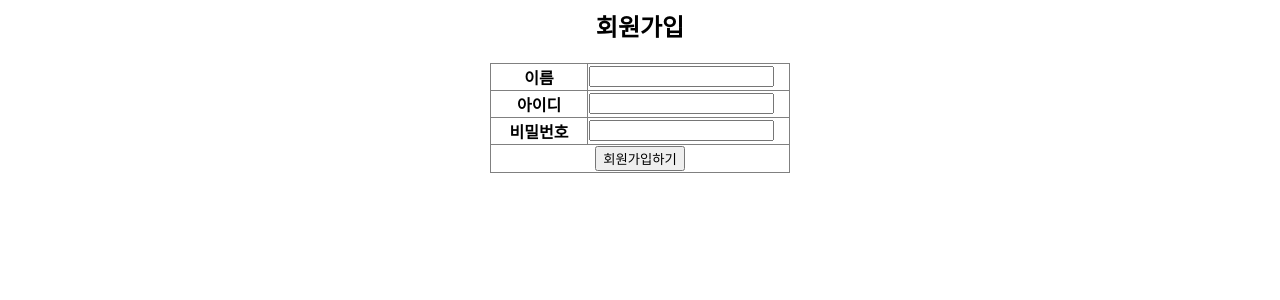
Repository: DynamicRD/jsp_Study
Page: http://localhost/jspStudy/login/new_member.jsp
An editor plug-in stored every save of this project. The page is shown before and after the next save, followed by the edit.
The browser window is 1280 px wide. The pictures show the whole page.
The page is served by Tomcat 9.

Above is the page before, as saved 2024-12-09 02:22:53.

After the next save:
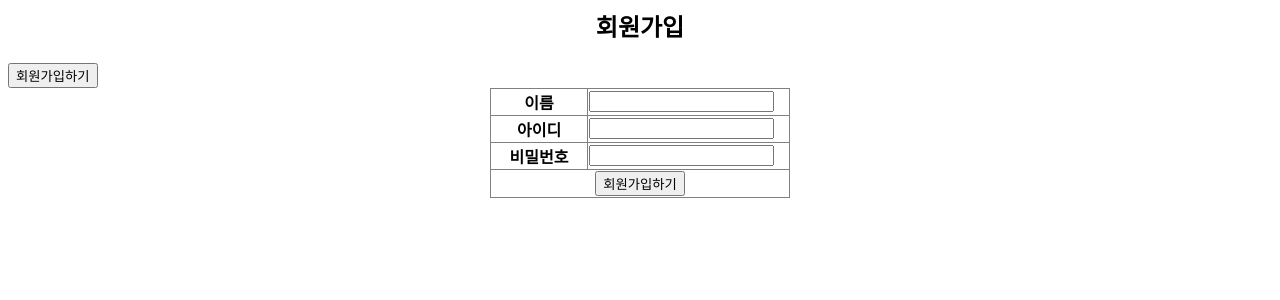
Saved 26 min 55 s later.
--- a/jspStudy/src/main/webapp/login/new_member.jsp
+++ b/jspStudy/src/main/webapp/login/new_member.jsp
@@ -30,8 +30,9 @@
 				<td width="200"><input type="password" name="pass" required></td>
 			</tr>
 			<tr>
-				<td colspan="2" align="center"><input type="submit"
-					value="회원가입하기"></td>
+				<td colspan="2" align="center">
+				<input type="submit"value="회원가입하기"></td>
+				<input type="reset"value="회원가입하기"></td>
 			</tr>
 		</table>
 	</form>
